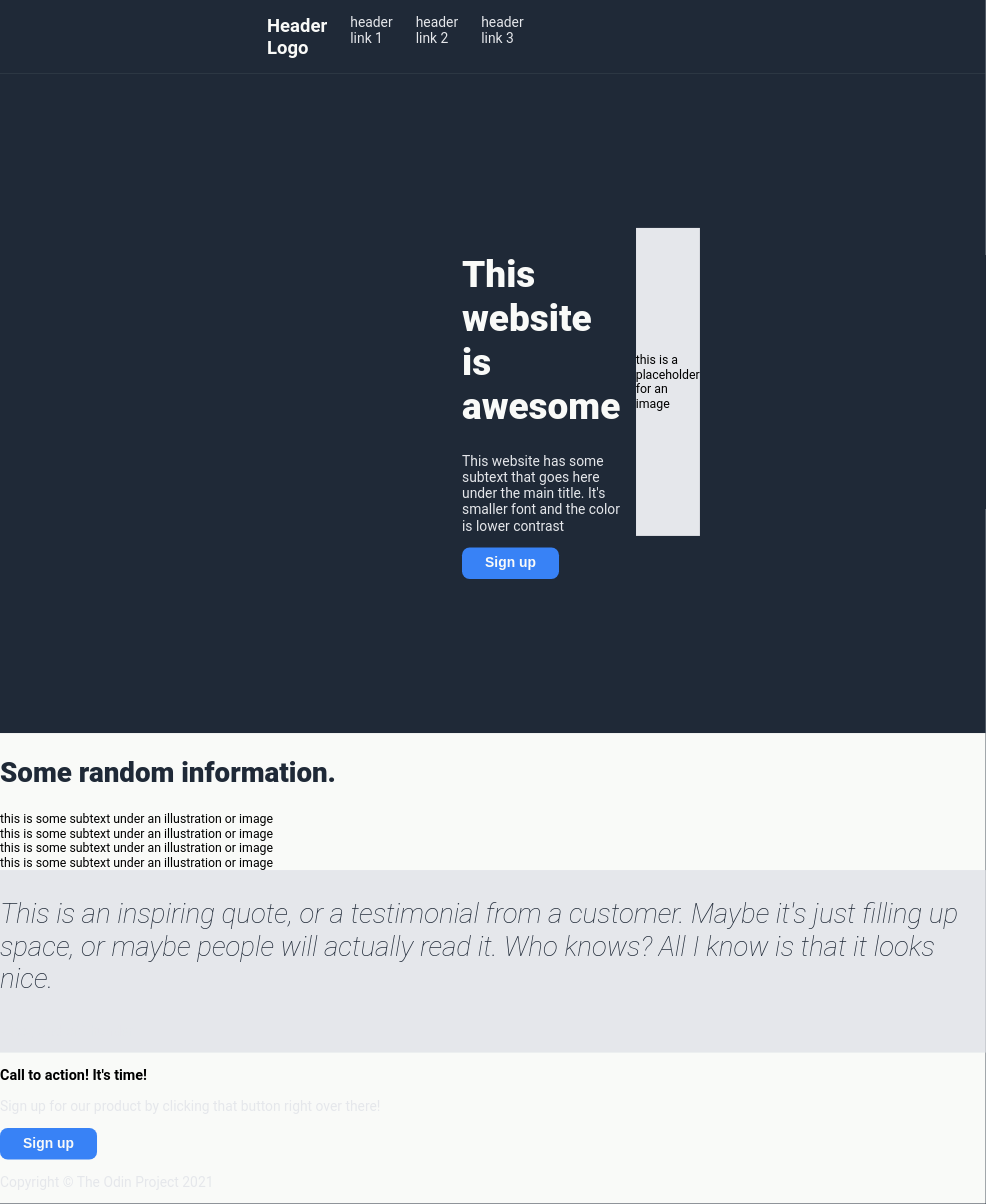
Repository: rsoetydev/landing-page
Page: index.html
An editor plug-in stored every save of this project. The page is shown before and after the next save, followed by the edit.
The browser window is 1280 px wide. The pictures show the whole page, at 77% of full size.

Above is the page before, as saved 2023-11-28 10:19:38.

### index.html
<!DOCTYPE html>
<html lang="en">
<head>
    <meta charset="UTF-8">
    <meta name="viewport" content="width=device-width, initial-scale=1.0">
    <title>Landing Page</title>
    <link rel="stylesheet" href="style.css">
</head>
<body>
    <div class="header">
        <h2 class="header-logo">Header Logo</h2>
        <p class="link-1">header link 1 </p>
        <p class="link-2">header link 2</p>
        <p class="link-3"> header link 3</p>
    </div>

    <div class="hero">
        <div class="hero-text">
            <h1 class="hero-title">This website is awesome</h1>
            <p class="hero-subtext">This website has some subtext that goes here under the main title. It's smaller font and the color is lower contrast</p>
            <button class="sign-up">Sign up</button>
        </div>
        <div class="hero-image-cont">
            this is a placeholder for an image
        </div>
    </div>

    <div class="info">
        <h2 class="info-title">Some random information.</h2>
        <div class="item-cont">
            <div class="item">
                <div class="item-pic"></div>
                <div class="item-text">this is some subtext under an illustration or image</div>
            </div>
            <div class="item">
                <div class="item-pic"></div>
                <div class="item-text">this is some subtext under an illustration or image</div>
            </div>
            <div class="item">
                <div class="item-pic"></div>
                <div class="item-text">this is some subtext under an illustration or image</div>
            </div>
            <div class="item">
                <div class="item-pic"></div>
                <div class="item-text">this is some subtext under an illustration or image</div>
            </div>
        </div>
    </div>

    <div class="quote">
        <p class="quote-text">
            This is an inspiring quote, or a testimonial from a customer. Maybe it's just filling up space, or maybe people will actually read it. Who knows? All I know is that it looks nice.
        </p>
        <p class="quote-author">-Thor, God of Thunder</p>
    </div>

    <div class="c2a">
        <div class="c2a-sub">
            <div class="c2a-text-container">
                <h3>Call to action! It's time!</h3>
                <p class="c2a-text">Sign up for our product by clicking that button right over there!</p>
            </div>
            <button class="c2a-sign-up">Sign up</button>
        </div>
    </div>

    <div class="footer">
        <p class="copyright">Copyright © The Odin Project 2021</p>
    </div>

</body>
</html>

### style.css


:root {
    --dark: #1F2937;
    --gray: #E5E7EB;
    --white: #F9FAF8;
    --blue: #3882F6;

    font-family: 'Roboto', arial;
}

body{
    background-color:var(--white);
    padding: 0;
    margin: 0;
    display: flex;
    flex-direction: column;
}

h1{
    font-size:48px;
    font-weight:900;
    color: var(--white);
}

p{
    color: var(--gray);
    font-size: 18px;
}

h2{
    color: var(--white);
    font-size: 24px;
    font: weight 600px;
}

.info-title {
    font-size: 36px;
    color:var(--dark);
    font-weight: 900;
}

.quote-text {
    font-size: 36px;
    font-style: italic;
    font-weight: 200;
    color:var(--dark);
}

button{
    background-color: var(--blue);
    color:var(--white);
    font-size: 18px;
    font-weight: 600;
    padding: 10px 30px;
    border: none;
    border-radius: 10px;
}

.header{
    display:flex;
    background-color: var(--dark);
    justify-content: flex-end;
    gap:30px;
    padding: 0px 600px;
}

.header-logo{
    flex: 1;
}

.hero{
    display:flex;
    background-color: var(--dark);
    padding: 200px 600px;
    justify-content:space-between;
    gap: 20px;
}

.hero-image-cont{
    background-color:var(--gray);
    display:flex;
    justify-content: center;
    align-items: center;
    width: 800px;
    height: 400px;
}

.quote{
    background-color: var(--gray);

.c2a{
    background-color: var(--blue);
}

.footer{
    background-color: var(--dark);
}

After the next save:
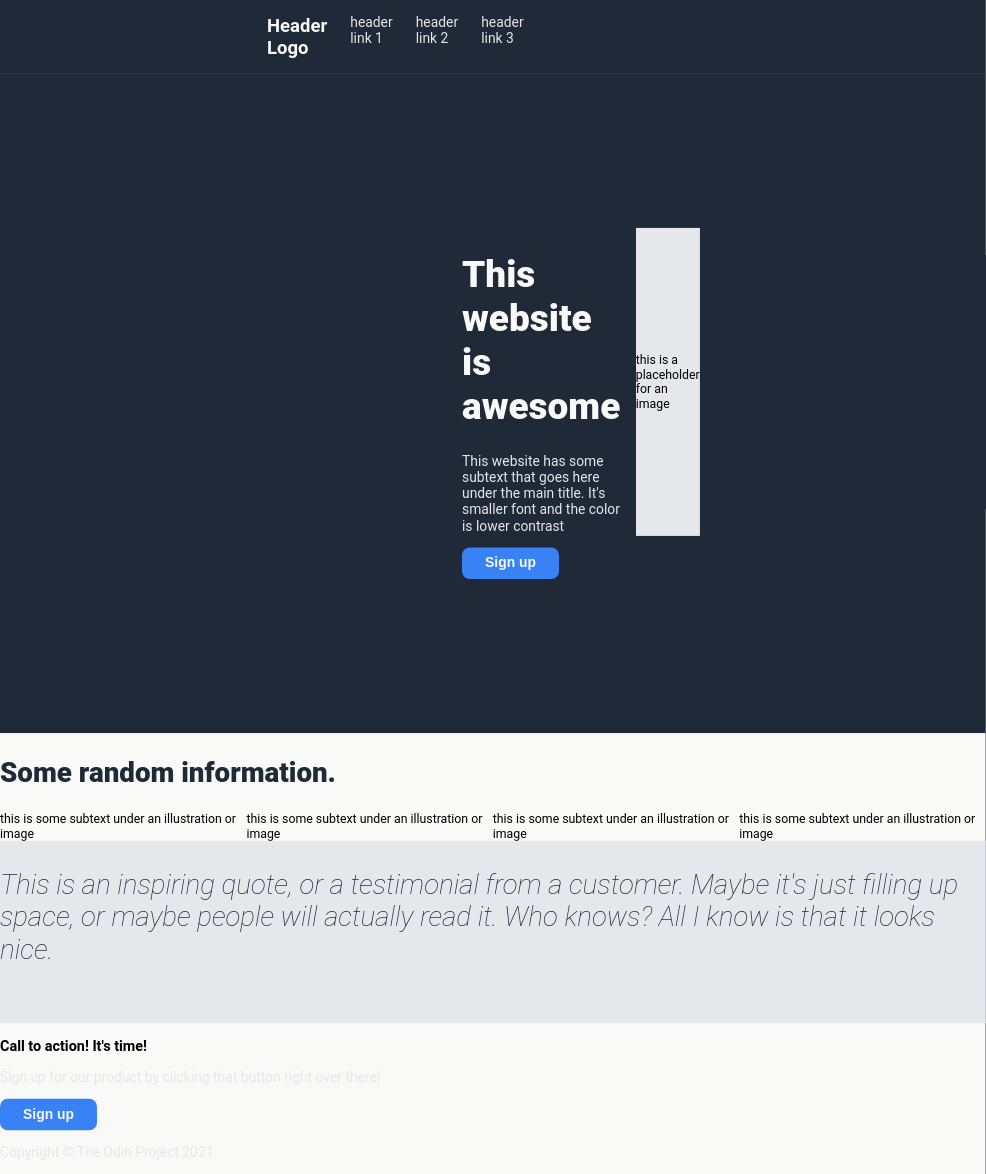
Saved 106 s later.
--- a/style.css
+++ b/style.css
@@ -86,6 +86,17 @@ button{
     height: 400px;
 }
 
+.info{
+    display: flex;
+    flex-direction: column;
+    justify-content: center;
+}
+
+.item-cont{
+    display:flex;
+    justify-content: space-evenly;
+}
+
 .quote{
     background-color: var(--gray);
 
